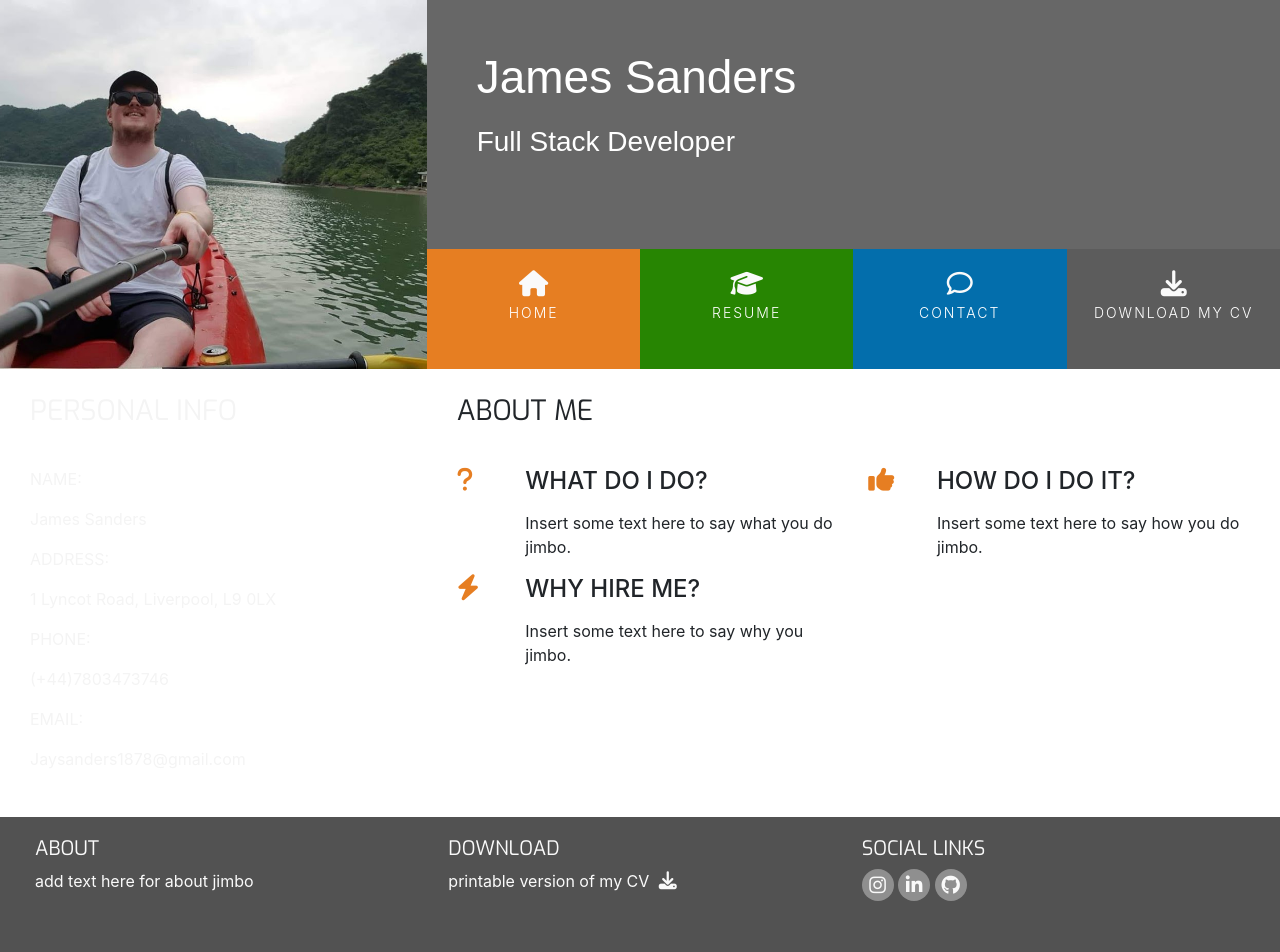
Repository: JaySanders95/my-online-resume
Page: index.html
An editor plug-in stored every save of this project. The page is shown before and after the next save, followed by the edit.
The browser window is 1280 px wide. The pictures show the whole page.
Some web fonts or font styles are not loaded; a fallback is used. Some web libraries are served in a nearby version.

Above is the page before, as saved 2023-04-19 21:17:30.

After the next save:
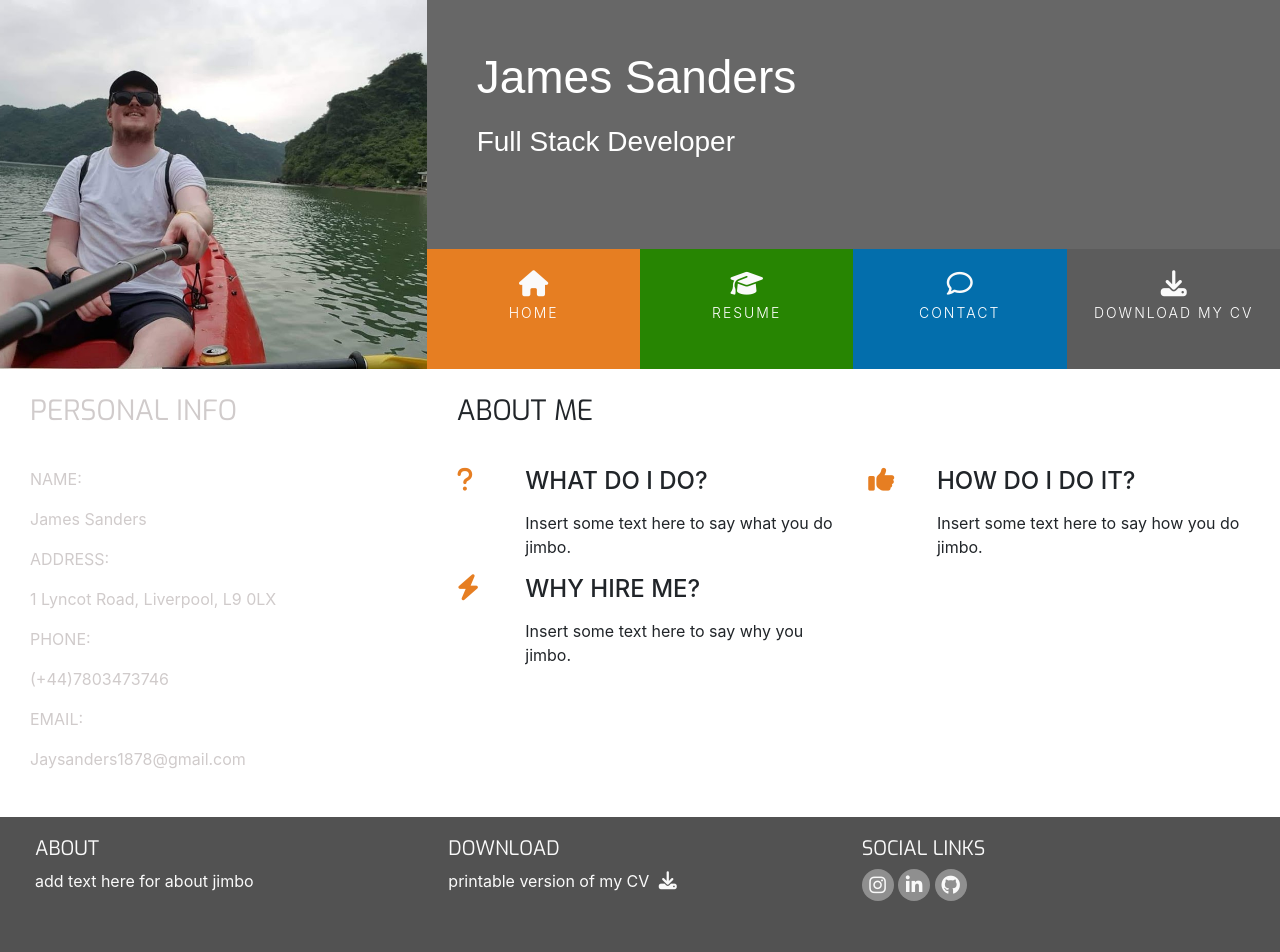
Saved 19 s later.
--- a/assets/css/style.css
+++ b/assets/css/style.css
@@ -12,7 +12,7 @@
 }
 
 .bg-color-personal-info {
-    color:#f4f4f4;
+    color:#d0cbcb;
 }
 
 .ui-menu-color-home {
